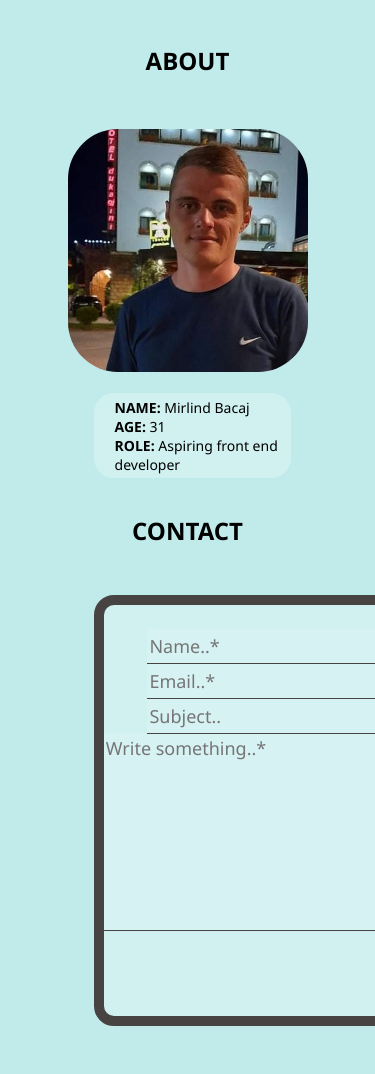
Repository: mirkbirki/mirkbirki.github.io
Page: index.html
An editor plug-in stored every save of this project. The page is shown before and after the next save, followed by the edit.
The browser window is 375 px wide. The pictures show the part of the page from y = 1805 to 2879 px (the page is 2879 px tall before and 2847 px after).
A picture or video elsewhere on the page could not be fetched, so the positions and the page height are approximate.

Above is the page before, as saved 2022-11-25 16:49:37.

### index.html
<!DOCTYPE html>
<html lang="en">
<head>
    <meta charset="UTF-8">
    <meta http-equiv="X-UA-Compatible" content="IE=edge">
    <meta name="viewport" content="width=device-width, initial-scale=1.0">
    <title>Mirlind's portfolio</title>
    <link rel="stylesheet" href="styles.css">
</head>
<body>
    <header>
        <div class="header-bar">
            <h1>Mirlind's portfolio</h1>
            <nav>
                <ul>
                    <li><a href="#skills">Skills</a></li>
                    <li><a href="#projects">Projects</a></li>
                    <li><a href="#about">About</a></li>
                    <li><a href="#contact">Contact</a></li>
                </ul>
            </nav>
        </div>
    </header>
    <div id="skills">
        <h2>SKILLS</h2>
        <div class="left-aligned-text">
            <p class="skills-text"><img class="img-skills" src="scroll.png" />Studied web-development for 6 months</p>
            <p class="skills-text"><img class="img-skills" src="desktop-computer.png" />Frontend specialized</p>
            <p class="skills-text"><img class="img-skills" src="git.png" />Basic knowledge with GIT</p>
            <p class="skills-text"><img class="img-skills" src="html5.png" />Basic knowledge with HTML5</p>
            <p class="skills-text"><img class="img-skills" src="css3.png" />Basic knowledge with CSS3</p>
            <p class="skills-text"><img class="img-skills" src="js.png" />Yet to start learning javascript</p>
        </div>
    </div>
    <div id="projects">
        <h2>PROJECTS</h2>
        <div class="grid-container-projects">
            <div class="grid-project-1">
                <h3>ESTIMERA</h3>
                <img class="img-project" src="estimera.PNG" />
                <p class="projects-text">This was a project which I received from my brother in law. He works for the swedish immigration department
                    and needed a tool which would help him calculate if an applicant is eligeble for work visa. I figured out the logic and
                    applied it in Python. My cousin set up the site using Python/Django and is maintaining it today.</p>
                <ul>
                    <li>Python •</li>
                    <li>HTML5 •</li>
                    <li>CSS3</li>
                </ul>
            </div>
            <div class="grid-project-2">
                <h3>NEXT PROJECT</h3>
                <img class="img-project" src="question-mark.png" />
                <p class="projects-text">Lorem ipsum dolor sit amet consectetur adipisicing elit. Eos labore quae, nisi voluptatibus earum, pariatur iusto, hic minima reiciendis
                    architecto voluptatum dolor quam consectetur explicabo? Modi iste possimus exercitationem minima.</p>
                <ul>
                    <li></li>
                    <li></li>
                    <li></li>
                </ul>
            </div>
        </div>
    </div>
    <div id="about">
        <h2>ABOUT</h2>
        <div class="flex-container-about">
            <div class="flex-1-about">
                <img class=about-img src="jag.jpg" />
            </div>
            <div class="flex-2-about">
                <ul>
                    <li><b>NAME:</b> Mirlind Bacaj</li>
                    <li><b>AGE:</b> 31</li>
                    <li><b>ROLE:</b> Aspiring front end developer</li>
                </ul>
            </div>
        </div>
    </div>
    <div id="contact">
        <h2>CONTACT</h2>
        <form action="URL till servern" method="get">
            <fieldset>
            <input type="text" name="name" value="" required placeholder="Name..*"/>
            <input type="email" name="email" value="" required placeholder="Email..*"/>
            <input type="text" name="subject" value="" placeholder="Subject.."/>
            <textarea name="message" rows="8" cols="86" value="" placeholder="Write something..*"></textarea>
            <button type="button">Send message</button>
            </fieldset>
         </form>
    </div>
</body>
</html>

### styles.css
* {
  font-family:'Segoe UI', Tahoma, Geneva, Verdana, sans-serif;
}

html {
  overflow-x: hidden;
}

body {
  margin: 0;
  width: 100%;
  background-color: rgb(193, 235, 235);
  overflow-x: hidden;
}

/* HEADER */

.header-bar {
  width: 100%;
  height: fit-content;
  background-color: black;
  border-top: 1px solid rgb(0, 0, 0);
  text-align: center;
}

.header-bar h1 {
  color: white;
  padding: 0;
  margin-top: 0.8rem;
}

nav ul {
  list-style-type: none;
  margin: 0 auto;
  padding: 0 0 0.8rem 0;
}

nav li {
  display: inline-block;
  padding-right: 1rem;
  margin-left: 1rem;
}

nav a {
  text-decoration: none;
  color: white;
}

nav a:hover {
  color: gray;
}

/* SKILLS */

#skills {
  width: 740px;
  margin: 5rem auto;
}

#skills h2 {
  text-align: center;
}

.left-aligned-text {
  width: 100%;
  text-align: left;
  margin: 0 auto;
}

.skills-text {
  padding: 0.5rem;
  margin-left: 11.5rem;
  font-weight: 500;
}

.img-skills {
  width: 9%;
  padding-right: 1rem;
  vertical-align: middle;
}

/* PROJECTS */

#projects {
  width: 80%;
  margin: 7.5rem auto;
  text-align: center;
}

.grid-container-projects {
  display: grid;
  grid-template-columns: auto auto;
  grid-template-rows: auto;
  text-align: center;
  height: 100%;
  margin: 0 auto;
  gap: 2em;
}

.grid-project-1 {
  text-align: center;
}

.grid-project-1 h3 {
  text-decoration: underline;
  text-decoration-thickness: 3px;
}

.img-project {
  display: block;
  width: 70%;
  height: 65%;
  margin: 0 auto;
}

.projects-text {
  margin: 0 auto;
  text-align: left;
  width: 65%;
  padding: 1rem 0 1rem 0;
  font-weight: 450;
}

#projects ul {
  list-style-type: none;
  text-align: center;
  margin: 0 auto;
  width: 80%;
  padding: 0;
}

#projects li {
  font-weight: bold;
  display: inline;
}

.grid-project-2 h3 {
  text-align: center;
  text-decoration: underline;
  text-decoration-thickness: 3px;
}

.grid-project-2 {
  text-align: left;
}

/* ABOUT */

#about {
  margin: 10rem auto;
  width: 1280px;
  text-align: center;
}

.flex-container-about {
  margin: 3.2rem auto;
  display: flex;
  flex-direction: row;
  align-items: center;
}

.flex-1-about {
  width: 50%;
}

.about-img {
  width: 50%;
  border-radius: 50px;
}

.flex-2-about {
  width: 40%;
}

#about ul {
  background-color: rgba(255, 255, 255, 0.25);
  border-radius: 50px;
  list-style-type: none;
  font-size: 24px;
  margin-left: 3.5rem;
}

#about li {
  text-align: left;
}

/* CONTACT */

#contact {
  text-align: center;
  margin: -2rem auto 0 auto;
}

#contact form {
  width: 50%;
  margin: 3rem auto;
}

#contact fieldset {
  padding: 1.5rem 0;
  border: 10px solid rgb(71, 67, 67);
  border-radius: 20px;
  background-color: rgba(255, 255, 255, 0.25);
  margin: 0 auto;
}

#contact input {
  display: block;
  width: 90%;
  height: 2rem;
  margin: 1rem auto 1rem auto;
  font-size: 18px;
  border: none;
  border-bottom: 1px solid rgb(71, 67, 67);
  background-color: rgba(255, 255, 255, 0.1);
  margin: 0 auto;
}

#contact textarea {
  resize: none;
  font-size: 18px;
  border: none;
  border-bottom: 1px solid rgb(71, 67, 67);
  background-color: rgba(255, 255, 255, 0.1);
  margin: 0 auto;
}

#contact button {
  margin: 1rem auto 0 auto;
  width: 10rem;
  height: 2.5rem;
  font-size: 20px;
  font-weight: 500;
  border: 2px solid rgb(87, 84, 84);
  border-radius: 10px;
}

@media screen and (max-width: 1280px) {

/* SKILLS */

  #skills {
    width: 740px;
    margin: 2rem auto;
  }

  /* PROJECTS */

  #projects {
    width: 80%;
    margin: 4rem auto;
  }

  .grid-container-projects {
    display: block;
  }

  .grid-project-1 {
    padding-top: 0.1rem;
  }

  .img-project {
    width: 50%;
    height: 30%;
  }

  .projects-text {
    width: 50%;
  }

  .grid-project-2 {
    padding-top: 1.5rem;
  }

  /* ABOUT */

  #about {
    margin: 0 auto;
    width: 740px;
  }

  .flex-container-about {
    flex-direction: column;
  }

  .flex-1-about {
    width: 100%;
  }

  .about-img {
    width: 40%;
  }

  .flex-2-about {
    width: 50%;
  }

  #about ul {
    margin-left: 0;
  }

  #about li {
    font-size: 16px;
    font-weight: 500;
    text-align: left;
    margin-left: 1rem;
  }

}

@media screen and (max-width: 750px) {

  /* HEADER */

  nav li {
    padding-right: 0.5rem;
    margin-left: 0.5rem;
  }

  /* SKILLS */

  #skills {
    width: 500px;
  }

  .skills-text {
    margin-left: 4.5rem;
  }

 /* PROJECTS */

  #projects {
    width: 100%;
    margin: 4rem auto;
  }

  .img-project {
    width: 50%;
    height: 30%;
  }

  /* ABOUT */

  #about {
    width: 100%;
  }

  .about-img {
    min-width: 240px;
    width: 45%;
  }

  #about ul {
    border-radius: 20px;
    width: fit-content;
    padding: 0.3rem;
    font-size: 16px;
    margin: 1rem auto;
  }

  #about li {
    font-size: 15px;
    font-weight: 500;
    text-align: left;
    margin-left: 1rem;
  }

}

@media screen and (max-width: 520px) {

  /* SKILLS */

  #skills {
    width: 300px;
  }

  .skills-text {
    margin: 0 auto;
    text-align: center;
  }

  .img-skills {
    margin: 0 175px 0 125px;
    width: 12%;
    padding: 0.5rem 0 0.2rem 0;
  }

  /* PROJECTS */

  .img-project {
    width: 50%;
    height: 30%;
  }

  .projects-text {
    font-size: 14px;
  }

  #projects li {
    font-size: 13px;
  }

  /* ABOUT */

  #about ul {
    width: 100%;
  }

  #about li {
    font-size: 14px;
  }

}

After the next save:
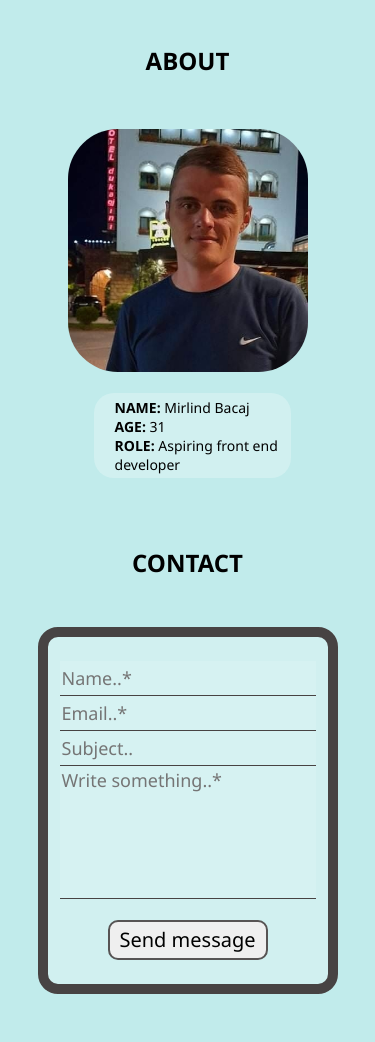
Saved 3 days later.
--- a/styles.css
+++ b/styles.css
@@ -217,6 +217,8 @@ nav a:hover {
 }
 
 #contact textarea {
+  height: 8rem;
+  width: 90%;
   resize: none;
   font-size: 18px;
   border: none;
@@ -226,6 +228,7 @@ nav a:hover {
 }
 
 #contact button {
+  display: block;
   margin: 1rem auto 0 auto;
   width: 10rem;
   height: 2.5rem;
@@ -272,8 +275,6 @@ nav a:hover {
     padding-top: 1.5rem;
   }
 
-  /* ABOUT */
-
   #about {
     margin: 0 auto;
     width: 740px;
@@ -304,6 +305,12 @@ nav a:hover {
     font-weight: 500;
     text-align: left;
     margin-left: 1rem;
+  }
+
+  /* CONTACT */
+
+  #contact {
+    margin: 0 auto;
   }
 
 }
@@ -365,6 +372,13 @@ nav a:hover {
     margin-left: 1rem;
   }
 
+  /* CONTACT */
+
+  #contact form {
+    width: 60%;
+    margin: 3rem auto;
+  }
+
 }
 
 @media screen and (max-width: 520px) {
@@ -411,4 +425,11 @@ nav a:hover {
     font-size: 14px;
   }
 
-}
+  /* CONTACT */
+
+  #contact form {
+    width: 80%;
+    margin: 3rem auto;
+  }
+
+}
